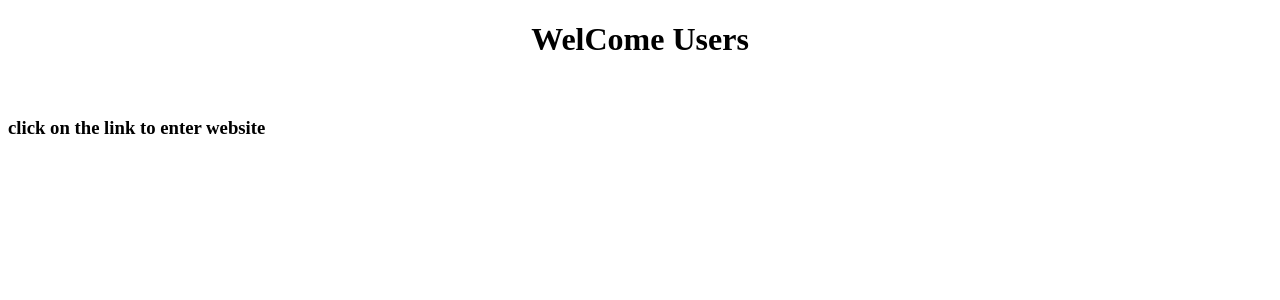
Repository: meet542/AdvanceJava
Page: http://localhost/Web-Project/
The author's editor kept a copy of each file at every save. The page is drawn from the files as they stood at one save, then again after the next save.
The browser window is 1280 px wide. The pictures show the whole page.
The page is served by Tomcat 9.

Above is the page before, as saved 2026-08-21 12:45:44.

After the next save:
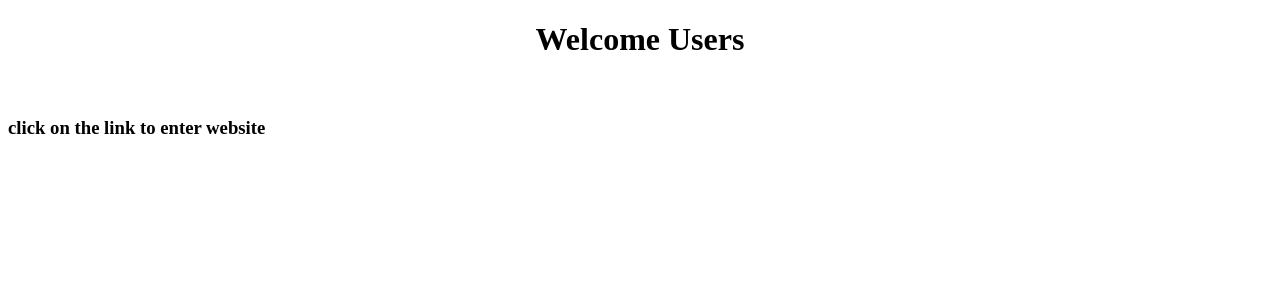
Saved 13 s later.
--- a/jspServlet-Workspace/Web-Project/src/main/webapp/index.jsp
+++ b/jspServlet-Workspace/Web-Project/src/main/webapp/index.jsp
@@ -7,7 +7,7 @@
 <title>Insert title here</title>
 </head>
 <body>
-	<h1 align = "center">WelCome Users</h1>
+	<h1 align = "center">Welcome Users</h1>
 	<br>
 	<h3><a href = "WelcomeCtl"></a>click on the link to enter website</h3>
 </body>
